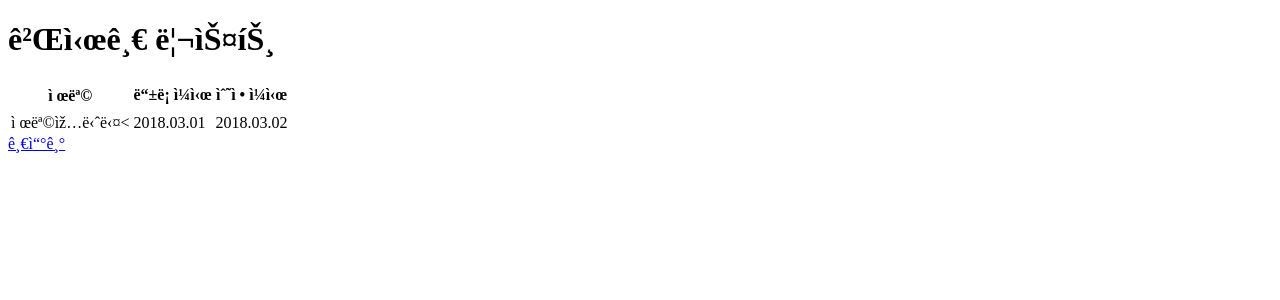
Repository: sandartchip/Board_v01
Page: http://localhost/firstjsp/view.jsp
The author's editor kept a copy of each file at every save. The page is drawn from the files as they stood at one save, then again after the next save.
The browser window is 1280 px wide. The pictures show the whole page.
The page is served by Tomcat 9.

Above is the page before, as saved 2019-03-18 03:47:57.

After the next save:
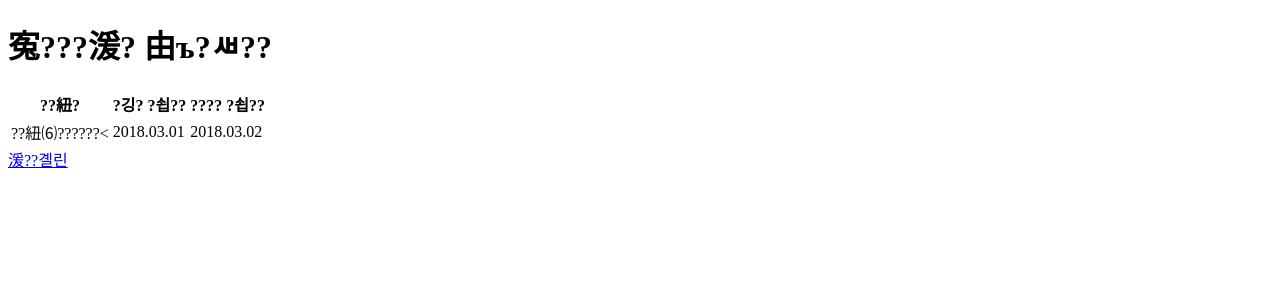
Saved 62 min 2 s later.
--- a/Board_v01/firstjsp/WebContent/view.jsp
+++ b/Board_v01/firstjsp/WebContent/view.jsp
@@ -1,3 +1,5 @@
+<%@ page language="java" contentType="text/html; charset=EUC-KR"  pageEncoding="EUC-KR"%>
+
 <!DOCTYPE html>
 <html>
 <head>
